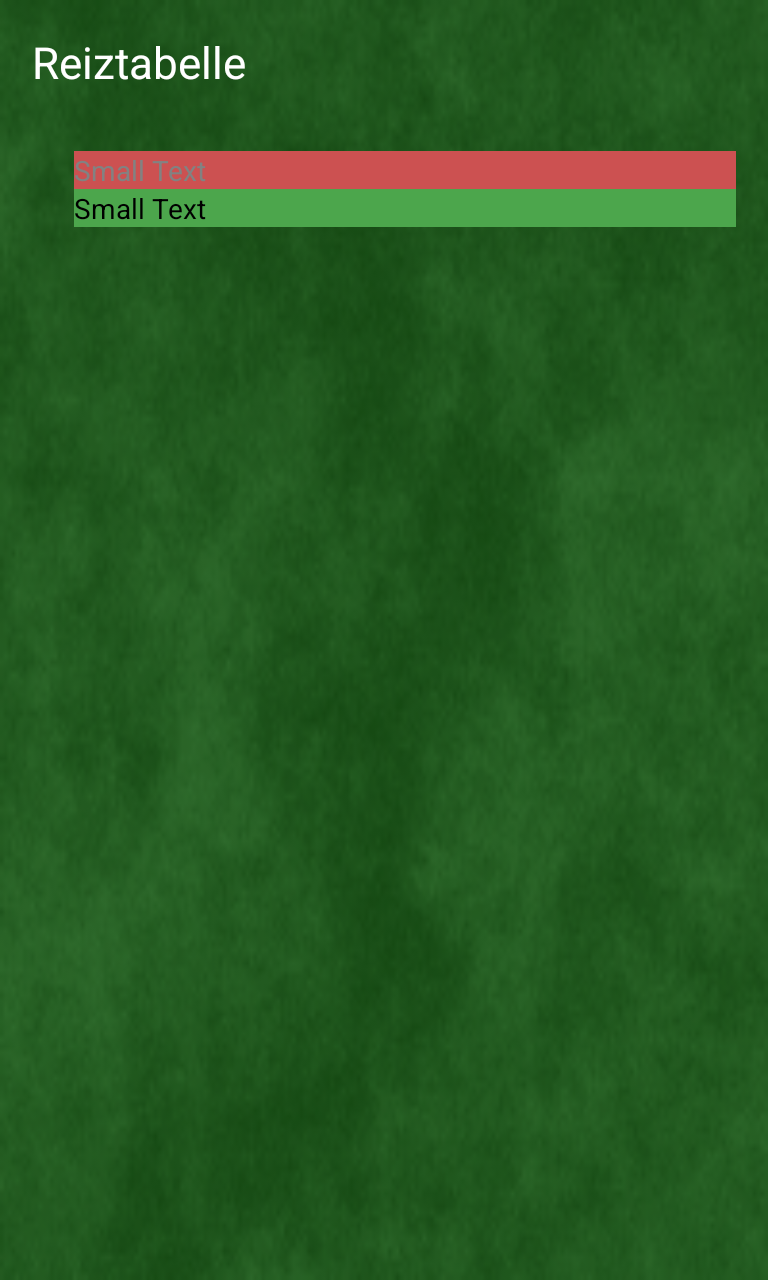
Repository: razinanu/InSy-Skat
Layout: InSy-Skat/res/layout/fragment_result.xml
An editor plug-in stored every save of this project. The layout is shown before and after the next save, followed by the edit.
It is drawn on a 768 x 1280 px phone screen (xhdpi) without system bars, with theme AppTheme; the app's code is not run.

Above is the layout before, as saved 2014-06-19 18:30:52.

### InSy-Skat/res/layout/fragment_result.xml
<RelativeLayout xmlns:android="http://schemas.android.com/apk/res/android"
    xmlns:tools="http://schemas.android.com/tools"
    android:layout_width="match_parent"
    android:layout_height="match_parent"
    android:paddingBottom="@dimen/activity_vertical_margin"
    android:paddingLeft="@dimen/activity_horizontal_margin"
    android:paddingRight="@dimen/activity_horizontal_margin"
    android:paddingTop="@dimen/activity_vertical_margin"
    android:background="@drawable/hintergrundapp"
    tools:context="com.example.insy_skat.ResultActivity$PlaceholderFragment" >

     <TextView
        android:id="@+id/reizTabelleText"
        android:layout_width="wrap_content"
        android:layout_height="wrap_content"
        android:text="@string/reizenTabelle"
        android:textAppearance="?android:attr/textAppearanceLarge"
        android:textColor="#ffffff" />

     <ScrollView
         android:id="@+id/scrollView1"
         android:layout_width="match_parent"
         android:layout_height="match_parent"
         android:layout_alignLeft="@+id/reizTabelleText"
         android:layout_below="@+id/reizTabelleText"
         android:layout_marginLeft="21dp"
         android:layout_marginTop="30dp"
          android:layout_marginBottom="30dp" >

         <LinearLayout
             android:layout_width="match_parent"
             android:layout_height="wrap_content"
             android:orientation="vertical" >

             <TextView
                 android:id="@+id/textView01"
                 android:layout_width="match_parent"
                 android:layout_height="wrap_content"
                 android:textColor="@color/textnotAvailable"
                 android:background="@color/backgroundnotAvailable"
                 android:text="Small Text"
                 android:textAppearance="?android:attr/textAppearanceSmall" />
               <TextView
                 android:id="@+id/textView02"
                 android:layout_width="match_parent"
                 android:layout_height="wrap_content"
                 android:textColor="@color/textAvailable"
                 android:background="@color/backgroundAvailable"
                 android:text="Small Text"
                 android:textAppearance="?android:attr/textAppearanceSmall" />

         </LinearLayout>
     </ScrollView>

</RelativeLayout>

### InSy-Skat/res/values/strings.xml
<?xml version="1.0" encoding="utf-8"?>
<resources>

    <string name="app_name">Reizassistent</string>
    <string name="action_settings">Settings</string>
    <string name="zurueck">Zurück</string>
    <string name="weiter">Weiter</string>
    <string name="menue">Menü</string>
    <string name="abbrechen">Abbrechen</string>
    <string name="farbspielGrand">Farbspiel/Grand</string>
    <string name="nullString">Null</string>
    <string name="grand">Grand</string>
    <string name="reizassistent">Reizassistent</string>
     <string name="bubenAuswaehlen">Buben Auswählen</string>
    <string name="farbenAuswahl">Farben Auswählen</string>
    <string name="reizenTabelle">Reiztabelle</string>
    <string name="title_activity_selected_soldiers">SelectedSoldiers</string>
    <string name="title_activity_farben_auswahl">FarbenAuswahl</string>
    <string name="title_activity_result">ResultActivity</string>
    <string name="info_title">Zusätzliche Informationen</string>



</resources>

### InSy-Skat/res/values/color.xml
<?xml version="1.0" encoding="utf-8"?>
<resources>
<color name="textAvailable">#000000</color>
<color name="textnotAvailable">#828282</color>
<color name="backgroundAvailable">#4CA64C</color>
<color name="backgroundnotAvailable">#CC5151</color>
</resources>

Loaded but not shown: InSy-Skat/res/values-v11/styles.xml (common file); InSy-Skat/res/values/styles.xml (common file); InSy-Skat/res/values-v14/styles.xml (common file); InSy-Skat/res/values/dimens.xml (common file); InSy-Skat/res/values-w820dp/dimens.xml (common file)

After the next save:
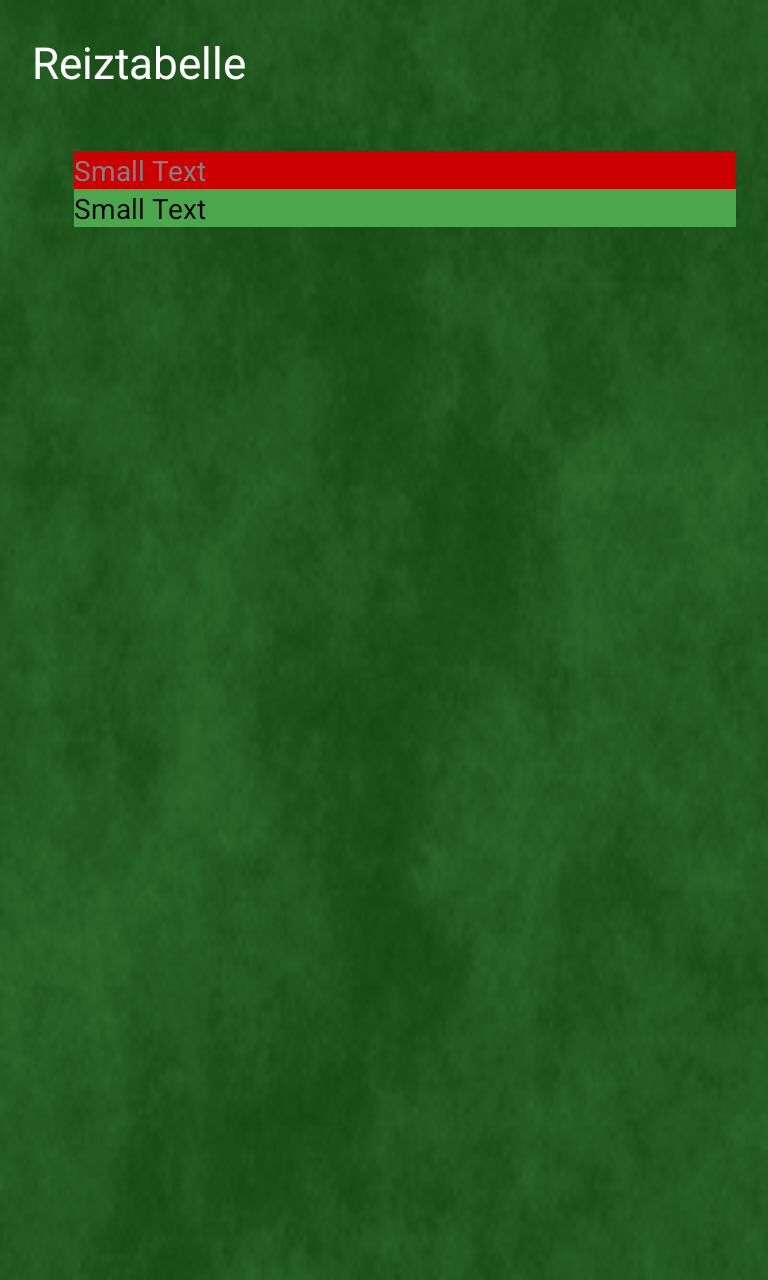
Saved 4 min 36 s later.
--- a/InSy-Skat/res/values/color.xml
+++ b/InSy-Skat/res/values/color.xml
@@ -3,5 +3,5 @@
 <color name="textAvailable">#000000</color>
 <color name="textnotAvailable">#828282</color>
 <color name="backgroundAvailable">#4CA64C</color>
-<color name="backgroundnotAvailable">#CC5151</color>
+<color name="backgroundnotAvailable">#CC0000</color>
 </resources>
